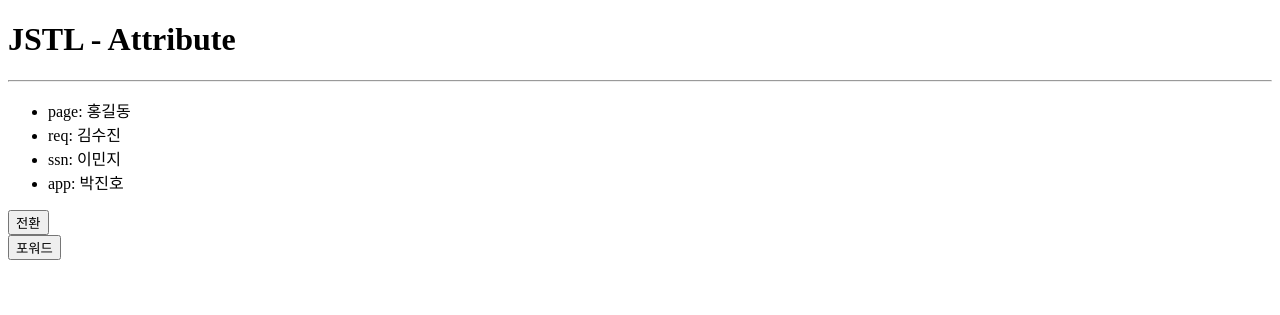
Repository: ChimmyWorld/JSP
Page: http://localhost/Day53/ex07.jsp
These files come from the project's save history. The page is drawn as it stood at one moment and after the next save; the edit follows.
The browser window is 1280 px wide. The pictures show the whole page.
The page is served by Tomcat 9.

Above is the page before, as saved 2023-09-22 05:22:46.

After the next save:
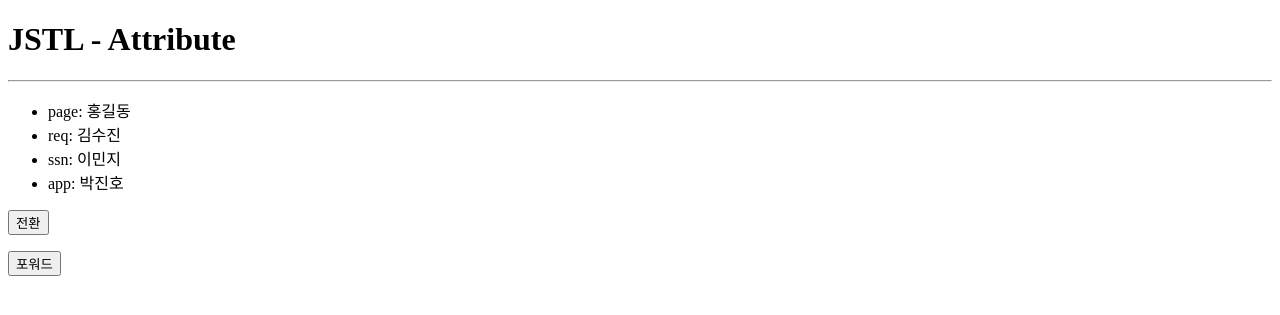
Saved 11 s later.
--- a/Day53/WebContent/ex07.jsp
+++ b/Day53/WebContent/ex07.jsp
@@ -26,8 +26,7 @@
 		<li>app: ${p4 }</li>
 	</ul>
 
-	<a href="ex07_result.jsp"><button>전환</button></a>
-	<br>
+	<p><a href="ex07_result.jsp"><button>전환</button></a></p>
 
 	<form>
 		<input name="foward" type="hidden">
